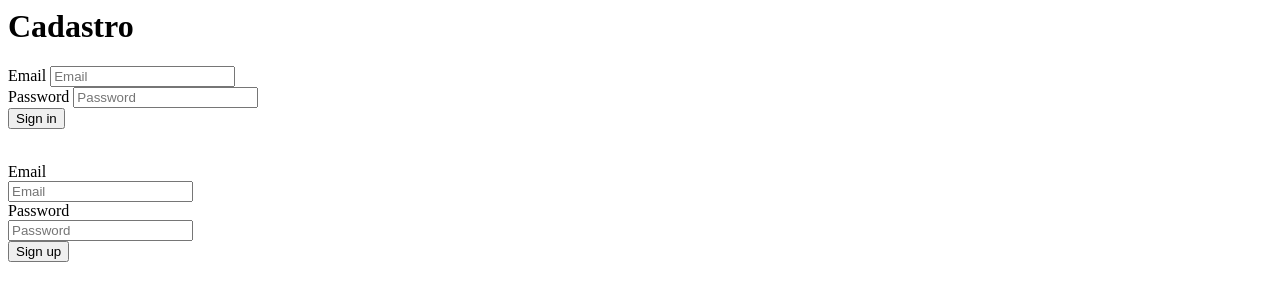
Repository: organicos/organicos.github.io
Page: partials/security/signup.html
The author's editor kept a record of every edit. The page is drawn from the files as they stood at one moment, then again after the next edit.
The browser window is 1280 px wide. The pictures show the whole page.

Above is the page before.

After the next edit:
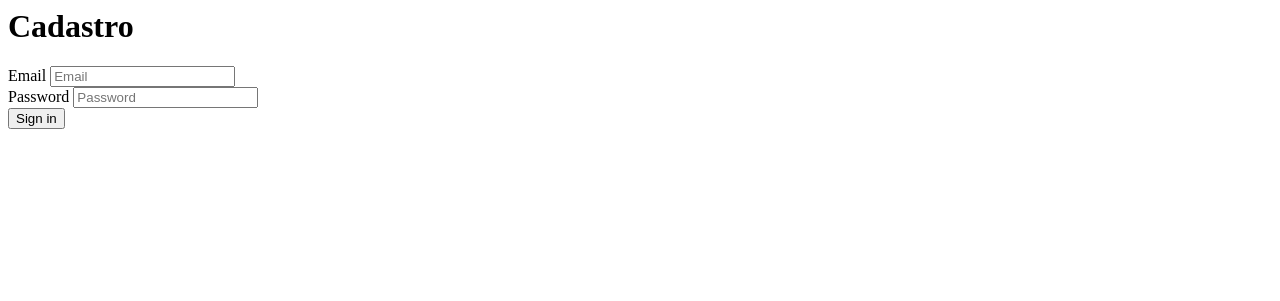
The edit:
--- a/partials/security/signup.html
+++ b/partials/security/signup.html
@@ -17,27 +17,3 @@
         <br>
     </div>
 </div>
-
-<div class="row">
-    <div class="col-lg-12">
-        <form class="form-horizontal" role="form" ng-submit="signup()">
-            <div class="form-group">
-                <label for="email" class="col-sm-2 control-label">Email</label>
-                <div class="col-sm-10">
-                    <input type="email" class="form-control" id="email" name="email" placeholder="Email" ng-model="email">
-                </div>
-            </div>
-            <div class="form-group">
-                <label for="password" class="col-sm-2 control-label">Password</label>
-                <div class="col-sm-10">
-                    <input type="password" class="form-control" id="password" name="password" placeholder="Password" ng-model="password">
-                </div>
-            </div>
-            <div class="form-group">
-                <div class="col-sm-offset-2 col-sm-10">
-                    <button type="submit" class="btn btn-default">Sign up</button>
-                </div>
-            </div>
-        </form>
-    </div>
-</div>
